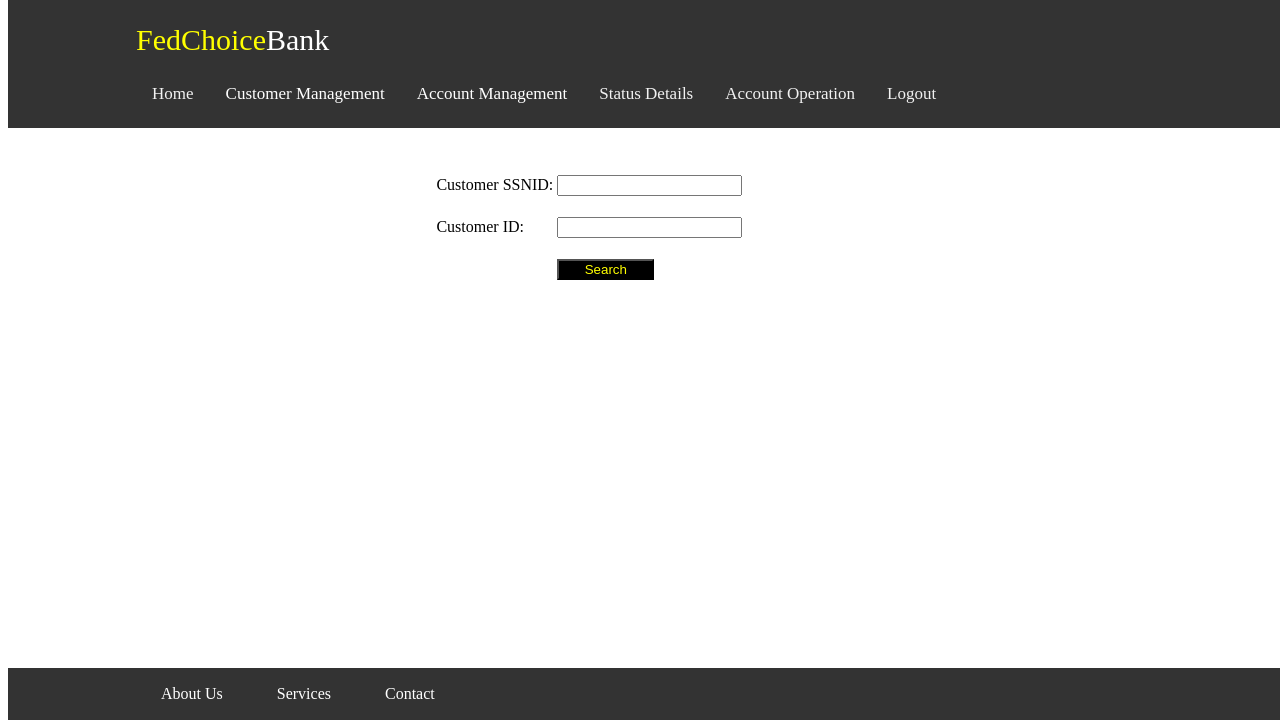
Repository: gopikavinod/RBM
Page: http://localhost/Retail_Bank_Management/updateCustomer.jsp
The author's editor kept a copy of each file at every save. The page is drawn from the files as they stood at one save, then again after the next save.
The browser window is 1280 px wide. The pictures show the whole page.
The page is served by Tomcat 9. Other server files are loaded and not shown.

Above is the page before, as saved 2020-06-21 10:55:18.

### eclipse-workspace/Retail Bank Management/WebContent/updateCustomer.jsp
<%@ page language="java" contentType="text/html; charset=ISO-8859-1"
    pageEncoding="ISO-8859-1"
    import="com.bean.CustomerBean"
    %>
<!DOCTYPE html>
   <html>

      <head>
         <meta http-equiv="Content-Type"
            content="text/html; charset=windows-1256">

   <title>FedChoice Bank</title>
<style>
    /* Add some padding on document's body to prevent the content
    to go underneath the header and footer */
    body{
        padding-top: 60px;
        padding-bottom: 40px;
    }
    .container{
        width: 80%;
        margin: 0 auto; /* Center the DIV horizontally */
    }
    .fixed-header, .fixed-footer{
        width: 100%;
        position: fixed;
        background: #333;
        padding: 10px 0;
        color: #fff;
    }
    .fixed-header{
        top: 0;
    }
    .fixed-footer{
        bottom: 0;
    }
    /* Some more styles to beutify this example */
    nav a{
        color: #fff;
        text-decoration: none;
        padding: 7px 25px;
        display: inline-block;
    }
    .container p{
        line-height: 200px; /* Create scrollbar to test positioning */
    }
    p.detail
    {
    color:yellow;
    line-height: 0px;
    font-size: 30px
    }
    span.name{
    	color:white;
    	 font-size: 30px
    }
    tr
    {
    height: 40px;
    }
    span.aestric
    {
    color: red;
    }
    .topnav {
  overflow: hidden;
  background-color: #333;
}

.topnav a {
  float: left;
  display: block;
  color: #f2f2f2;
  text-align: center;
  padding: 14px 16px;
  text-decoration: none;
  font-size: 17px;
}
    .dropdown {
  float: left;
  overflow: hidden;
}
.dropdown .dropbtn {
  font-size: 17px;
  border: none;
  outline: none;
  color: white;
  padding: 14px 16px;
  background-color: inherit;
  font-family: inherit;
  margin: 0;
}

.dropdown-content {
  display: none;
  position: absolute;
  background-color: #f9f9f9;
  min-width: 160px;
  box-shadow: 0px 8px 16px 0px rgba(0,0,0,0.2);
  z-index: 1;
}

.dropdown-content a {
  float: none;
  color: black;
  padding: 12px 16px;
  text-decoration: none;
  display: block;
  text-align: left;
}

.topnav a:hover, .dropdown:hover .dropbtn {
  background-color: #555;
  color: white;
}

.dropdown-content a:hover {
  background-color: #ddd;
  color: black;
}

.dropdown:hover .dropdown-content {
  display: block;
}

</style>

</head>
<body>
    <div class="fixed-header">
        <div class="container">
            <nav>
          <p class="detail">FedChoice<span class="name">Bank</span></p>
          <div class="topnav" id="myTopnav">
                <a href="#">Home</a>
                <div class="dropdown">
    <button class="dropbtn">Customer Management
      <i class="fa fa-caret-down"></i>
    </button>
    <div class="dropdown-content">
      <a href="/Retail_Bank_Management/userLogged.jsp">Create Customer</a>
      <a href="/Retail_Bank_Management/updateCustomer.jsp">Update Customer</a>
      <a href="#">Delete Customer</a>
      <a href="#">View Customer Details</a>
    </div>
    </div>

   <div class="dropdown">
    <button class="dropbtn">Account Management
      <i class="fa fa-caret-down"></i>
    </button>
    <div class="dropdown-content">
      <a href="#">Add Account</a>
      <a href="#">Update Account</a>
      <a href="#">Delete Account</a>
      <a href="#">View Account Details</a>
    </div>
    </div>


                <a href="#">Status Details</a>
                <a href="#">Account Operation</a>
                <a href="#">Logout</a>
            </nav>
        </div>
    </div>
    <div class="container">
    <p>
    	<form action="UpdateCustomerServlete" name="updateCustomer"   enctype="multipart/form-data" style="margin-top: 95px;
    margin-left: 299px;" >
    <table>
<tr >
<td>Customer SSNID:</td>
<td><input type="text" id="cssnid" name="customerssnid" value="" > </td>
</tr>
<tr >
<td>Customer ID:</td>
<td><input type="text" id="custid" name="customerid" value=""> </td>
</tr>
<tr colspan="2" >
<td></td>
<td><input type="submit" value="Search" style="background-color: black;color: yellow ;width:97px"></td>
</tr>




<%-- <tr  style="visibility:hidden">
<td>Old Customer Name:</td>
<td><input type="text" id="cname" name="customername"  style="visibility:hidden" value="<%

CustomerBean updatecustomer = new CustomerBean();
String name="";
name=updatecustomer.getCustname();%>" readonly="readonly" > </td>
</tr>
<tr  style="visibility:hidden">
<td>New Customer Name<span class="aestric">*</span>:</td>
<td><input type="text" id="ncname" name="newcustname" value="" required="required" ></td>
</tr>
<tr  style="visibility:hidden">
<td>Old Address:</td>
<td> <input type="text" id="oaddress" name="customeroaddress" value=""  readonly="readonly"></td>
</tr>
<tr  style="visibility:hidden">
<td>New Address<span class="aestric">*</span>:</td>
<td> <input type="text" id="naddress" name="customernaddress" value="" required="required" ></td>
</tr>
<tr  style="visibility:hidden">
<td>Old Age:</td>
<td> <input type="text" id="oage" name="customeroage" value = "" readonly="readonly"></td>
</tr>
<tr  style="visibility:hidden">
<td>New Age<span class="aestric">*</span>:</td>
<td> <input type="text" id="nage" name="customernage" value="" required="required"></td>
</tr>
<tr   style="visibility:hidden">
<td style="color: red;"> (*)Fields are compulsory</td>

</tr>

<tr colspan="2"  style="visibility:hidden">
<td></td>
<td><input type="submit" value="Search" style="background-color: black;color: yellow ;width:97px"></td>
</tr> --%>

</table>

    	</form>
    	</p>
    	    </div>
    <div class="fixed-footer">
        <div class="container">
        <nav>

                <a href="#">About Us</a>
                <a href="#">Services</a>
                <a href="#">Contact</a>
        </nav>
        </div>
    </div>
</body>
   </html>

After the next save:
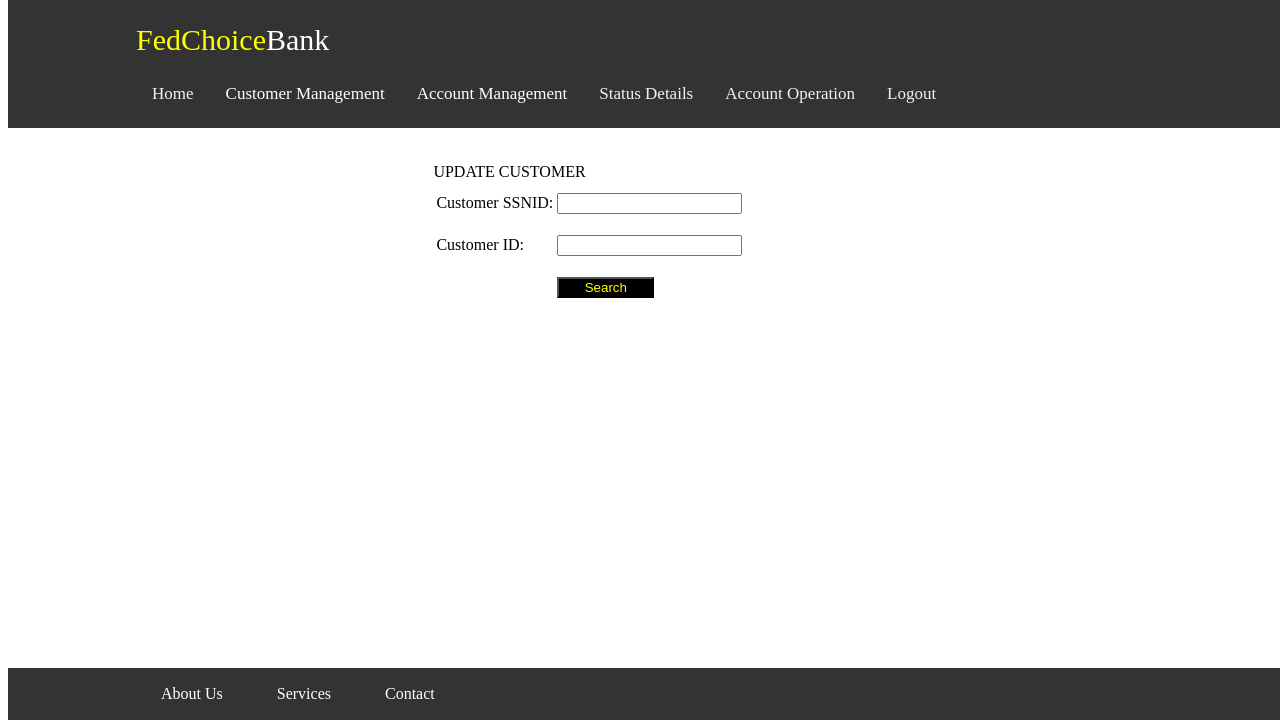
Saved 2 min 58 s later.
--- a/eclipse-workspace/Retail Bank Management/WebContent/updateCustomer.jsp
+++ b/eclipse-workspace/Retail Bank Management/WebContent/updateCustomer.jsp
@@ -169,6 +169,7 @@
     	<form action="UpdateCustomerServlete" name="updateCustomer"   enctype="multipart/form-data" style="margin-top: 95px;
     margin-left: 299px;" >
     <table>
+    <thead> UPDATE CUSTOMER</thead>
 <tr >
 <td>Customer SSNID:</td>
 <td><input type="text" id="cssnid" name="customerssnid" value="" > </td>
